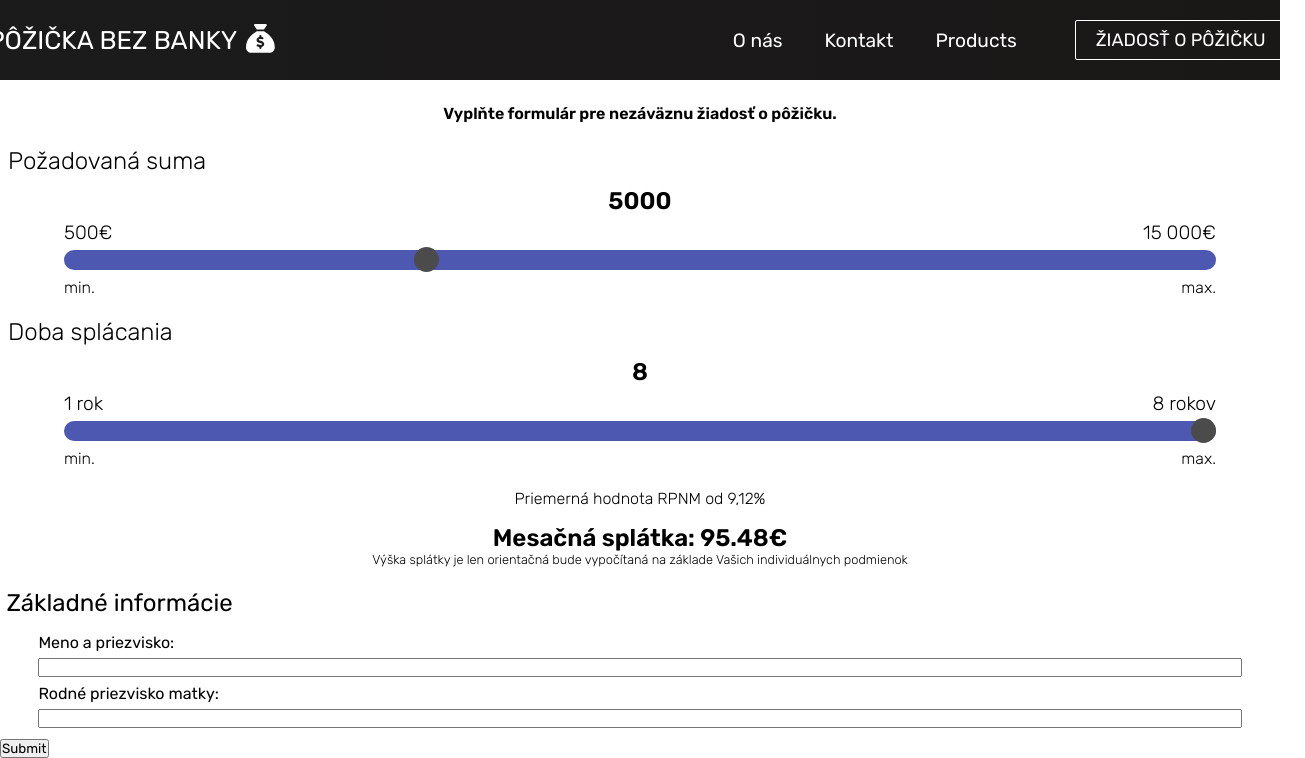
Repository: steve-lgtm/React-website-pozickabezbanky
Page: /ziadost
An editor plug-in stored every save of this project. The page is shown before and after a run of saves, followed by the edit.
The browser window is 1280 px wide. The page is 1305 px wide, so the pictures cover 1305 px, including what lies to the right of the window. The pictures show the whole page.
Some web libraries are served in a nearby version. The project was rebuilt for these pictures with package versions that can differ from the ones it lists, and the page was loaded fresh each time. Also part of the build but not shown: src/components/pages/Home.js, src/components/pages/Kontakt.js, src/components/pages/Products.js.

Above is the page before, as saved 2022-07-10 16:12:38.

### src/App.js
import React from 'react';
import Navbar from './components/Navbar';
import './App.css';
import Home from './components/pages/Home.js';
import { BrowserRouter as Router, Routes, Route } from 'react-router-dom';
import Kontakt from './components/pages/Kontakt';
import Products from './components/pages/Products';
import Ziadost from './components/pages/Ziadost';
import { library } from '@fortawesome/fontawesome-svg-core'
import { fas } from '@fortawesome/free-solid-svg-icons'


library.add(fas)


function App() {
  return (
      <Router>
        <Navbar />
        <Routes>
          <Route path='/' exact element={<Home />} />
          <Route path='/kontakt' element={<Kontakt/>} />
          <Route path='/products' element={<Products/>} />
          <Route path='/ziadost' element={<Ziadost/>} />
        </Routes>
      </Router>
  );
}

export default App;

### src/components/Navbar.js
import React, { useState, useEffect } from 'react';
import { Button } from './Button';
import { Link } from 'react-router-dom';
import './Navbar.css';
import { FontAwesomeIcon } from '@fortawesome/react-fontawesome';

function Navbar() {
  const [click, setClick] = useState(false);
  const [button, setButton] = useState(true);

  const handleClick = () => setClick(!click);
  const closeMobileMenu = () => setClick(false);

  const showButton = () => {
    if (window.innerWidth <= 1040) {
      setButton(false);
    } else {
      setButton(true);
    }
  };

  useEffect(() => {
    showButton();
  }, []);

  window.addEventListener('resize', showButton);

  return (
    <>
      <nav className='navbar'>
        <div className='navbar-container'>
          <Link to='/' className='navbar-logo' onClick={closeMobileMenu}>
            PÔŽIČKA BEZ BANKY
           {/* <FontAwesomeIcon icon="fa-solid fa-money-bill-1-wave" className='nav-icon'/> */}
           <FontAwesomeIcon icon="fa-solid fa-sack-dollar" className='nav-icon' />
          </Link>
          <div className='menu-icon' onClick={handleClick}>
            <i className={click ? 'fas fa-times' : 'fas fa-bars'} />
          </div>
          <ul className={click ? 'nav-menu active' : 'nav-menu'}>
            <li className='nav-item'>
              <Link to='/' className='nav-links' onClick={closeMobileMenu}>
                O nás
              </Link>
            </li>
            <li className='nav-item'>
              <Link
                to='/kontakt'
                className='nav-links'
                onClick={closeMobileMenu}
              >
                Kontakt
              </Link>
            </li>
            <li className='nav-item'>
              <Link
                to='/products'
                className='nav-links'
                onClick={closeMobileMenu}
              >
                Products
              </Link>
            </li>

            <li>
              <Link
                to='/ziadost'
                className='nav-links-mobile'
                onClick={closeMobileMenu}
              >
                ŽIADOSŤ O PÔŽIČKU
              </Link>
            </li>
          </ul>
          {button && <Button buttonStyle='btn--outline'>ŽIADOSŤ O PÔŽIČKU</Button>}
        </div>
      </nav>
    </>
  );
}

export default Navbar;

### src/App.css
@import url('https://fonts.googleapis.com/css2?family=Rubik:wght@300;400;600&display=swap');
* {
  box-sizing: border-box;
  margin: 0;
  padding: 0;
  font-family: 'Rubik', sans-serif;



}

.home,
.services,
.products,
.sign-up {
  display: flex;
  height: 89vh;
  align-items: center;
  justify-content: center;
  font-size: 3rem;
}

.services {
  background-color: blue;
  background-size: cover;
  background-repeat: no-repeat;
  color: rgb(0, 0, 0);
  font-size: 20px;
}

.products {
  background-color: blue;
  background-position: center;
  background-size: cover;
  background-repeat: no-repeat;
  color: #fff;
  font-size: 100 rem;
}

.sign-up {
  background-position: center;
  background-size: cover;
  background-repeat: no-repeat;
  color: rgb(0, 0, 0);
  font-size: 100px;
}
.home {
  background-position: center;
  background-size: cover;
  background-repeat: no-repeat;
  color: rgb(0, 0, 0);
  font-size: 100px;
}

### src/components/pages/Ziadost.js
import React from 'react';
import '../../App.css';
import './Ziadost.css'
import { useState } from 'react';
import { useFormik} from 'formik'

function PMT(ir, np, pv, fv, type) {

  //  * ir   - interest rate per month
  //  * np   - number of periods (months)
   // * pv   - present value
   // * fv   - future value
  //  * type - when the payments are due:
 //   *        0: end of the period, e.g. end of month (default)
  //  *        1: beginning of period

   var pmt, pvif;

   fv || (fv = 0);
   type || (type = 0);

   if (ir === 0)
       return -(pv + fv)/np;

   pvif = Math.pow(1 + ir, np);
   pmt = - ir * pv * (pvif + fv) / (pvif - 1);

   if (type === 1)
       pmt /= (1 + ir);


   return pmt;}

export default function Ziadost() {
  const [mounthAmount, setMounthAmount] = useState(95.48);
  const formik =  useFormik({
    initialValues: {
      amount: 5000,
      period: 8,
      name: '',
      surnameMom:''
    },
    onSubmit: values => {
      console.log('Form data',values)
    },
    validate: values => {
      let errors ={}

      if(!values.name) {
        errors.name = 'Requiered'
      }

      if(!values.surnameMom) {
        errors.name = 'Requiered'
      }

      return errors
    }
  });

 const changeAmount = (e) => {
  let urk_sdz = 0.1834;
  if(e.target.name==='amount'){
    let urk_sdz = 0.1834;
    if ( formik.values.period===1) urk_sdz = 0.3910;
    if ( formik.values.period>1 && formik.values.period<6 ) urk_sdz = 0.2098; //0.22;
    if ( formik.values.period>5 && formik.values.period<9 ) urk_sdz = 0.1834;
    let finalAmount = Math.round(PMT(Math.pow((1+urk_sdz),1/12)-1,(formik.values.period*12),-1*e.target.value)*100) /100;
  setMounthAmount(finalAmount)}

  if(e.target.name==='period'){
    if ( e.target.value===1) urk_sdz = 0.3910;
    if ( e.target.value>1 && e.target.value<6 ) urk_sdz = 0.2098; //0.22;
    if ( e.target.value>5 && e.target.value<9 ) urk_sdz = 0.1834;
    let finalAmount = Math.round(PMT(Math.pow((1+urk_sdz),1/12)-1,(e.target.value*12),-1*formik.values.amount)*100) /100;
    setMounthAmount(finalAmount)}
  };
  return (
    <>
      <h1 className='header-form'>
          Vyplňte formulár pre nezáväznu žiadosť o pôžičku.
        </h1>
      <form onSubmit={formik.handleSubmit}>
      <div className='container-form'>
        <div className='section-name'>Požadovaná suma</div>
            <h2>{formik.values.amount}</h2>
            <div className="containerslider">
                <div className="pullleft" style={{fontSize:"1.2rem"}}>
                    500€
                </div>
                <div className="pullright" style={{fontSize:"1.2rem"}}>
                    15 000€
                </div>
            <input type="range" name="amount" step="100" min="500" max="15000" onChange={(e) =>{formik.handleChange(e); changeAmount(e)}} value={formik.values.amount} className="slider" id="suma"/>
            <div className="pullleft" style={{fontSize: "1rem"}}>
                min.
            </div>
            <div className="pullright" style={{fontSize: "1rem"}}>
                max.
            </div>
            </div>

       <div className='section-name'>Doba splácania</div>
       <h2>{formik.values.period}</h2>
            <div className="containerslider">
                <div className="pullleft" style={{fontSize:"1.2rem"}}>
                    1 rok
                </div>
                <div className="pullright" style={{fontSize:"1.2rem"}}>
                    8 rokov
                </div>
            <input type="range" name="period" step="1" min="1" max="8" onChange={(e) => {formik.handleChange(e); changeAmount(e)}} value={formik.values.period} className="slider" id="doba"/>
            <div className="pullleft" style={{fontSize: "1rem"}}>
                min.
            </div>
            <div className="pullright" style={{fontSize: "1rem"}}>
                max.
            </div>
            </div>
            <div className="info">
        Priemerná hodnota RPNM od 9,12%
        </div>
        <h2> Mesačná splátka: {mounthAmount}€</h2>
        <div className="info2">
            Výška splátky je len orientačná bude vypočítaná na základe Vašich individuálnych podmienok
        </div>
            </div>
          <div className='personal-data'>
          <div className='section-name'>Základné informácie</div>
            <div className='personal-data-field'>
          <label htmlFor="name">Meno a priezvisko:</label>
      <input type="text" name="name" id="name" onChange={formik.handleChange} value={formik.values.name}/>
      </div>
      <div className='personal-data-field'>
      <label htmlFor="surnameMom">Rodné priezvisko matky:</label>
      <input type="text" name="surnameMom" id="surnameMom" onChange={formik.handleChange} value={formik.values.surnameMom}/>
            </div>
            </div>
            <button type='submit'>Submit</button>
      </form>

    </>
  );
}

### src/components/Button.js
// import React from 'react';
// import './Button.css';
// import { Link } from 'react-router-dom';

// export function Button() {
//   return (
//     <Link to='sign-up'>
//       <button className='btn'>Sign Up</button>
//     </Link>
//   );
// }

import React from 'react';
import './Button.css';
import { Link } from 'react-router-dom';

const STYLES = ['btn--primary', 'btn--outline', 'btn--test'];

const SIZES = ['btn--medium', 'btn--large'];

export const Button = ({
  children,
  type,
  onClick,
  buttonStyle,
  buttonSize
}) => {
  const checkButtonStyle = STYLES.includes(buttonStyle)
    ? buttonStyle
    : STYLES[0];

  const checkButtonSize = SIZES.includes(buttonSize) ? buttonSize : SIZES[0];

  return (
    <Link to='/ziadost' className='btn-mobile'>
      <button
        className={`btn ${checkButtonStyle} ${checkButtonSize}`}
        onClick={onClick}
        type={type}
      >
        {children}
      </button>
    </Link>
  );
};

### src/components/Navbar.css
.navbar {
    background: linear-gradient(90deg, rgb(28, 27, 27) 0%, rgb(26, 23, 23) 100%);
    height: 80px;
    display: flex;
    justify-content: center;
    align-items: center;
    font-size: 1.2rem;
    position: sticky;
    top: 0;
    z-index: 999;
    font-weight: 400;
    white-space: nowrap;
  }

  .navbar-container {
    display: flex;
    justify-content: center;
    align-items: center;
    height: 80px;
    max-width: 1500px;
  }

  .navbar-logo {
    color: #fff;
    justify-self: start;
    margin-left: 0.5em;
    cursor: pointer;
    text-decoration: none;
    font-size: 1.6rem;
    display: flex;
    align-items: center;

  }

  .nav-icon {
    margin-left: 0.3em;
    margin-bottom: 0.1em;
    font-size: 1.8rem;
  }

  .nav-menu {
    display: grid;
    grid-template-columns: repeat(4, auto);
    grid-gap: 10px;
    list-style: none;
    text-align: center;
    width: 60vw;
    justify-content: end;
    margin-right: 2rem;
  }

  .nav-item {
    height: 3.5em;
  }

  .nav-links {
    color: #fff;
    display: flex;
    align-items: center;
    text-decoration: none;
    padding: 0.5rem 1rem;
    height: 100%;
  }

  .nav-links:hover {
    border-bottom: 4px solid #fff;
    transition: all 0.2s ease-out;
  }

  .fa-bars {
    color: rgb(255, 255, 255);
  }

  .nav-links-mobile {
    display: none;
  }

  .menu-icon {
    display: none;
  }

  @media screen and (max-width: 1040px) {
    .NavbarItems {
      position: relative;
    }

    .nav-menu {
      display: flex;
      flex-direction: column;
      justify-content: flex-start;
      width: 100%;
      height: 100vh;
      position: absolute;
      top: 80px;
      left: -100%;
      opacity: 1;
      transition: all 0.5s ease;
    }

    .nav-menu.active {
      background: #242222;
      left: 0;
      opacity: 1;
      transition: all 0.5s ease;
      z-index: 1;
    }

    .nav-links {
      font-size: 1.5rem;
      text-align: center;
      padding: 2rem;
      width: 100%;
      display: table;
    }

    .nav-links:hover {
      background-color: #fff;
      color: #242424;
      border-radius: 0;
    }

    .navbar-logo {
      float: left;}

    .navbar {
      justify-content: flex-start;
    }
    .navbar-container {
      float: left;
    }
    .menu-icon {
      display: block;
      position: absolute;
      top: 0;
      right: 0;
      transform: translate(-100%, 60%);
      font-size: 1.8rem;
      cursor: pointer;
    }

    .fa-times {
      color: #fff;
      font-size: 2rem;
    }

    .nav-links-mobile {
      display: block;
      text-align: center;
      margin: 2rem auto;
      border-radius: 4px;
      width: 80%;
      text-decoration: none;
      font-size: 1.5rem;
      background-color: transparent;
      color: #fff;
      padding: 14px 20px;
      border: 1px solid #fff;
      transition: all 0.3s ease-out;
    }

    .nav-links-mobile:hover {
      background: #fff;
      color: #242424;
      transition: 250ms;
    }
  }

### src/components/pages/Ziadost.css

.container-form {
margin: 0.5em;
display: flex;
flex-direction: column;
align-items: center;
font-weight: 300;
}
.pullleft{
    margin-top:0.3em;
    margin-bottom: 0.3em;
    float: left;

}
.pullright{
    margin-top:0.3em;
    margin-bottom: 0.3em;
    float: right;
}

.containerslider {
    width: 90vw;
    margin-bottom: 1em;
}
.header-form {
    text-align: center;
    font-size: 1rem;
    padding: 1em;
    padding-top: 1.5em;
}
.info{
    font-size: 1rem;
    color:black;
    text-align: center;
    margin-bottom: 1em;
}
.info2{
    font-size: 0.8rem;
    color:black;
    text-align: center;
    margin-bottom: 1em;
}
.slider {
    -webkit-appearance: none;
    width: 100%;
    height: 20px;
    background: #021391;
    outline: none;
    opacity: 0.7;
    -webkit-transition: .2s;
    transition: opacity .2s;
    border-radius: 1em;

  }
.section-name {
    align-self: flex-start;
    font-size: 1.5em;
    margin-bottom: 0.5em;
}

  .slider::-webkit-slider-thumb {
    -webkit-appearance: none;
    appearance: none;
    width: 25px;
    height: 25px;
    background: #000000;
    cursor: pointer;
    border-radius: 40px;
  }

  .slider::-moz-range-thumb {
    width: 25px;
    height: 25px;
    background: #000000;
    cursor: pointer;
  }
.arrow{
    width: 70px;
    margin-bottom: -1em;
}

.personal-data{
    display: flex;
    flex-direction: column;
    justify-content:space-around;
    height: 20vh;
    margin: 0.4em;
}
.personal-data-field{
    display: flex;
    flex-direction: column;
    justify-content:space-around;
    height: 7vh;
    margin: 0 2em;
}

### src/components/Button.css
:root {
  --primary: #fff;
}

.btn {
  padding: 8px 20px;
  border-radius: 2px;
  outline: none;
  border: none;
  cursor: pointer;
}

.btn--primary {
  background-color: var(--primary);
  color: #242424;
  border: 1px solid var(--primary);
}

.btn--outline {
  background-color: transparent;
  color: #fff;
  padding: 8px 20px;
  border: 1px solid var(--primary);
  transition: all 0.3s ease-out;
}

.btn--medium {
  margin-right: 1em;
  padding: 8px 20px;
  font-size: 18px;
}

.btn--large {
  padding: 12px 26px;
  font-size: 20px;
}

.btn--large:hover,
.btn--medium:hover {
  transition: all 0.3s ease-out;
  background: #fff;
  color: #242424;
  transition: 250ms;
}

Loaded but not shown: public/index.html (common file); src/index.js (common file); src/index.css (common file)

After the next 2 saves:
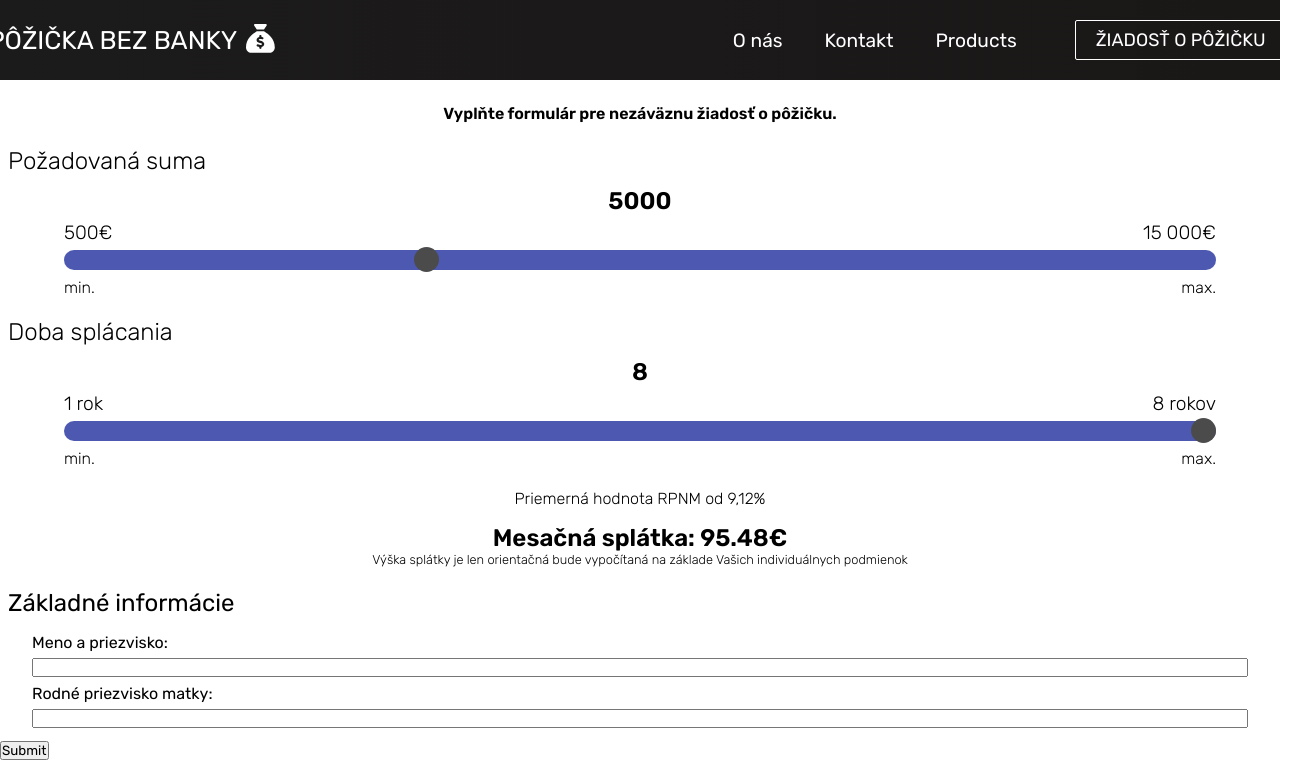
The 2 saves are shown as one change because they came seconds apart.
The last was saved 11 s later.
--- a/src/components/pages/Ziadost.css
+++ b/src/components/pages/Ziadost.css
@@ -84,12 +84,12 @@ font-weight: 300;
     flex-direction: column;
     justify-content:space-around;
     height: 20vh;
-    margin: 0.4em;
+    margin: 0.5em;
 }
 .personal-data-field{
     display: flex;
     flex-direction: column;
     justify-content:space-around;
     height: 7vh;
-    margin: 0 2em;
+    margin: 0 1.5em;
 }
